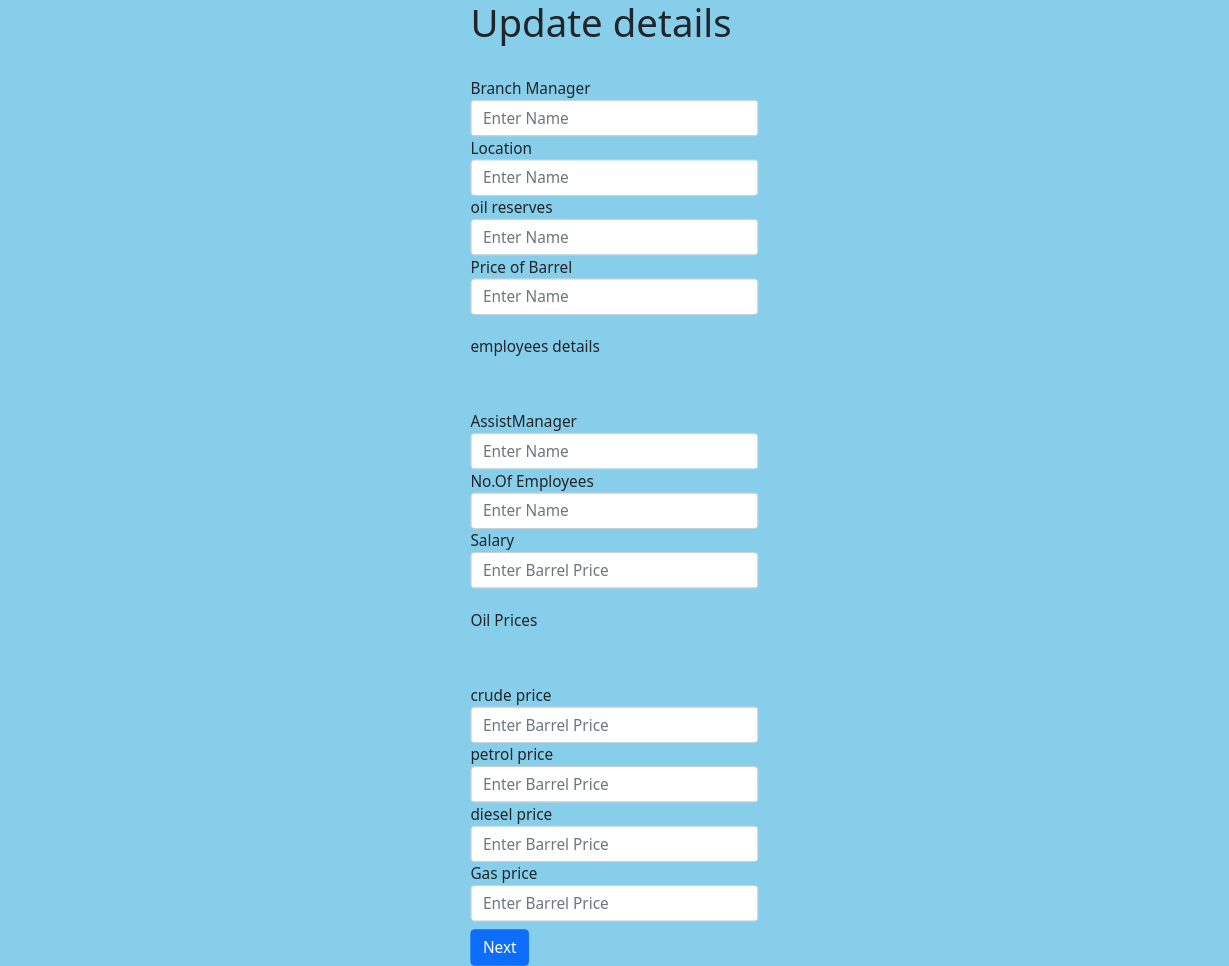
Repository: veerrajuMareddi/demo
Page: http://localhost/OilCorporation/views/update.jsp
An editor plug-in stored every save of this project. The page is shown before and after the next save, followed by the edit.
The browser window is 1280 px wide. The pictures show the whole page, at 96% of full size.
The page is served by Tomcat 9. The template is opened directly, without the code that normally fills it, so the values that code supplies are empty.

Above is the page before, as saved 2022-05-03 13:56:43.

After the next save:
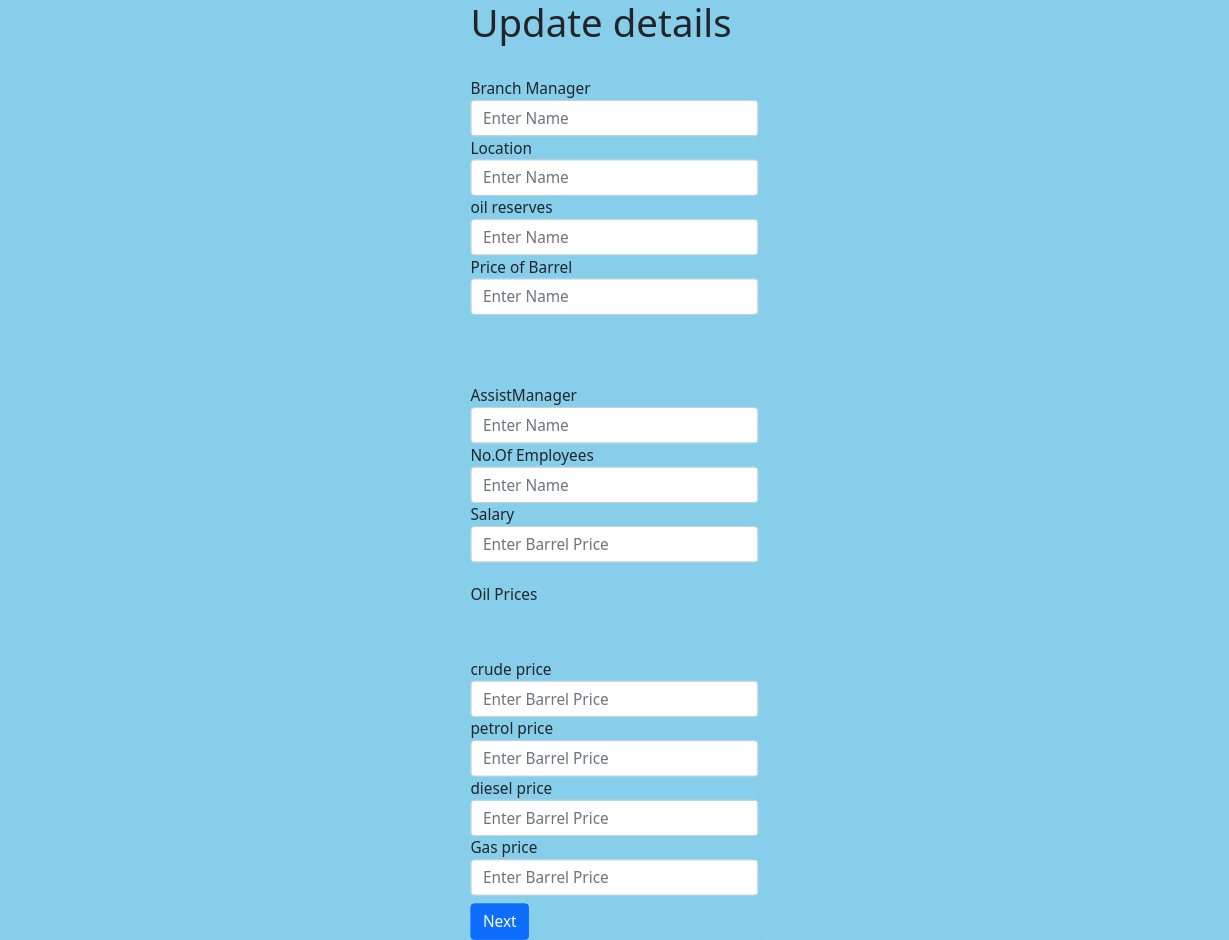
Saved 35 s later.
--- a/OilCorporation/src/main/webapp/views/update.jsp
+++ b/OilCorporation/src/main/webapp/views/update.jsp
@@ -56,7 +56,6 @@
     <input type="text" class="form-control" name ="barrelPrice" value="${oil.barrelPrice}" id="branchManager" aria-describedby="emailHelp" placeholder="Enter Name">
    </div>
    <br>
-   <h6>employees details</h6>
    <br>
    <div class="form-group">
     <label for="branchManager"></label>
